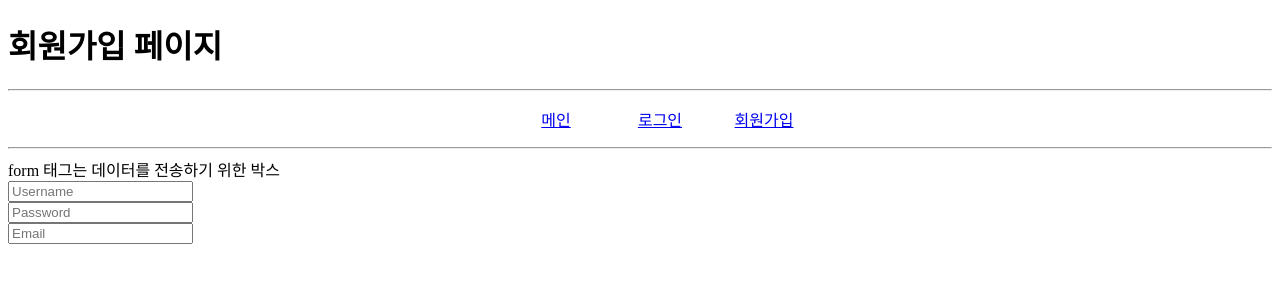
Repository: codingspecialist/jsp-weekend
Page: http://localhost/cos/join.jsp
The author's editor kept a copy of each file at every save. The page is drawn from the files as they stood at one save, then again after the next save.
The browser window is 1280 px wide. The pictures show the whole page.
The page is served by Tomcat 9.

Above is the page before, as saved 2020-08-22 02:50:31.

After the next save:
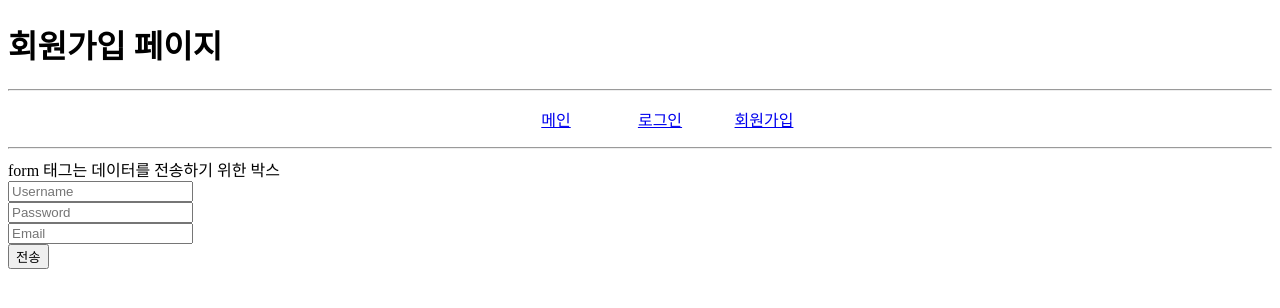
Saved 43 s later.
--- a/cos/WebContent/join.jsp
+++ b/cos/WebContent/join.jsp
@@ -30,6 +30,7 @@ form 태그는 데이터를 전송하기 위한 박스
 	<input type="text" name="username" placeholder="Username"/> <br/>
 	<input type="password" name="password"  placeholder="Password"/> <br/>
 	<input type="email" name="email" placeholder="Email"/> <br/>
+	<button>전송</button>
 </form>
 
 </body>
